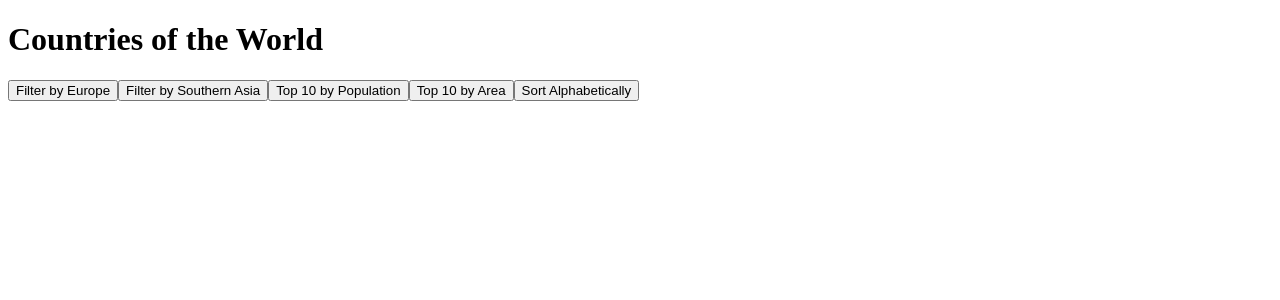
Repository: GavinPahal/Labweek10
Page: /
The author's editor kept a copy of each file at every save. The page is drawn from the files as they stood at one save, then again after the next save.
The browser window is 1280 px wide. The pictures show the whole page.
The page's requests for data from a server got no answer. The project was rebuilt for these pictures with package versions that can differ from the ones it lists, and the page was loaded fresh each time. No one was signed in, and anything a server would have sent is missing. Also part of the build but not shown: vite.config.js, src/components/Country.jsx.

Above is the page before, as saved 2024-11-08 23:11:29.

### src/main.jsx
import React from 'react';
import ReactDOM from 'react-dom/client';
import App from './App.jsx'; // Import your App component here
import './App.css'; // Ensure styling is imported

ReactDOM.createRoot(document.getElementById('root')).render(
  <React.StrictMode>
    <App />
  </React.StrictMode>,
);

### src/App.jsx
import React, { useState, useEffect } from 'react';
import Countries from './components/Countries';
import './App.css';

function App() {
  const [countries, setCountries] = useState([]);
  const [filteredCountries, setFilteredCountries] = useState([]);
  const [continentFilter, setContinentFilter] = useState('');
  const [subregionFilter, setSubregionFilter] = useState('');

  useEffect(() => {
    fetch('https://restcountries.com/v3.1/all')
      .then(response => response.json())
      .then(data => {
        setCountries(data);
        setFilteredCountries(data);
      })
      .catch(error => console.error('Error fetching data:', error));
  }, []);

  const filterByContinent = (continent) => {
    setContinentFilter(continent);
    setSubregionFilter('');
    setFilteredCountries(countries.filter(country => country.continents.includes(continent)));
  };

  const filterBySubregion = (subregion) => {
    setSubregionFilter(subregion);
    setContinentFilter('');
    setFilteredCountries(countries.filter(country => country.subregion === subregion));
  };

  const top10 = (type) => {
    const sorted = [...countries].sort((a, b) => b[type] - a[type]).slice(0, 10);
    setFilteredCountries(sorted);
  };

  const sortAlphabetically = () => {
    const sorted = [...filteredCountries].sort((a, b) => a.name.common.localeCompare(b.name.common));
    setFilteredCountries(sorted);
  };

  return (
    <div className="app">
      <h1>Countries of the World</h1>
      <div className="filters">
        <button onClick={() => filterByContinent('Europe')}>Filter by Europe</button>
        <button onClick={() => filterBySubregion('Southern Asia')}>Filter by Southern Asia</button>
        <button onClick={() => top10('population')}>Top 10 by Population</button>
        <button onClick={() => top10('area')}>Top 10 by Area</button>
        <button onClick={sortAlphabetically}>Sort Alphabetically</button>
      </div>
      <Countries countries={filteredCountries} />
    </div>
  );
}

export default App;

### src/App.css
body {
  font-family: Times New Roman, serif;
}

img {
  width: 50px;
  height: auto;
}

div {
  margin: 1em 0;
}

### src/components/Countries.jsx
import React from 'react';
import Country from './Country';

function Countries({ countries }) {
  return (
    <div className="countries">
      {countries.map((country, index) => (
        <Country key={index} country={country} />
      ))}
    </div>
  );
}

export default Countries;

Loaded but not shown: index.html (common file)

After the next save:
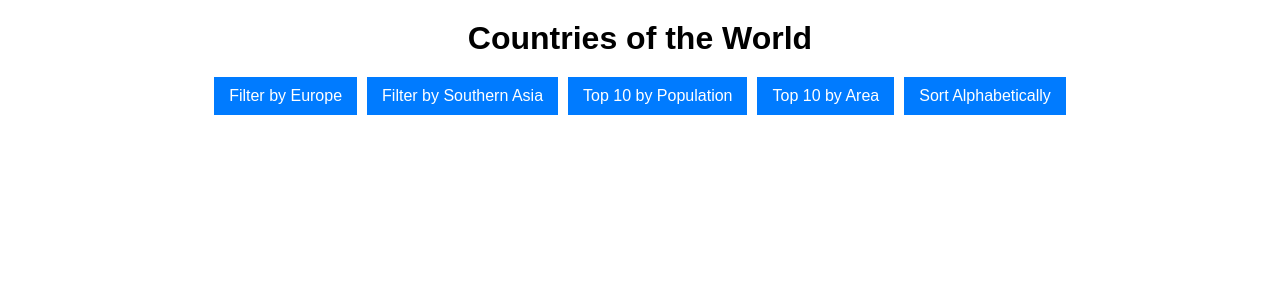
Saved 10 s later.
--- a/src/App.css
+++ b/src/App.css
@@ -1,12 +1,64 @@
-body {
-  font-family: Times New Roman, serif;
+/* App.css */
+
+.app {
+  font-family: Arial, sans-serif;
+  text-align: center;
 }
 
-img {
-  width: 50px;
-  height: auto;
+h1 {
+  font-size: 2em;
+  margin: 20px 0;
 }
 
-div {
-  margin: 1em 0;
+.filters {
+  display: flex;
+  justify-content: center;
+  gap: 10px;
+  margin-bottom: 20px;
 }
+
+button {
+  padding: 10px 15px;
+  font-size: 1em;
+  border: none;
+  background-color: #007bff;
+  color: white;
+  cursor: pointer;
+}
+
+button:hover {
+  background-color: #0056b3;
+}
+
+.countries {
+  display: flex;
+  flex-wrap: wrap;
+  justify-content: center;
+  gap: 20px;
+}
+
+.country {
+  border: 1px solid #ddd;
+  padding: 15px;
+  border-radius: 5px;
+  width: 200px;
+  text-align: left;
+}
+
+.flag {
+  width: 100%;
+  height: auto;
+  border-radius: 5px;
+  margin-bottom: 10px;
+}
+
+.country h2 {
+  font-size: 1.2em;
+  margin: 0;
+}
+
+.country p {
+  margin: 5px 0;
+  font-size: 0.9em;
+  color: #555;
+}
